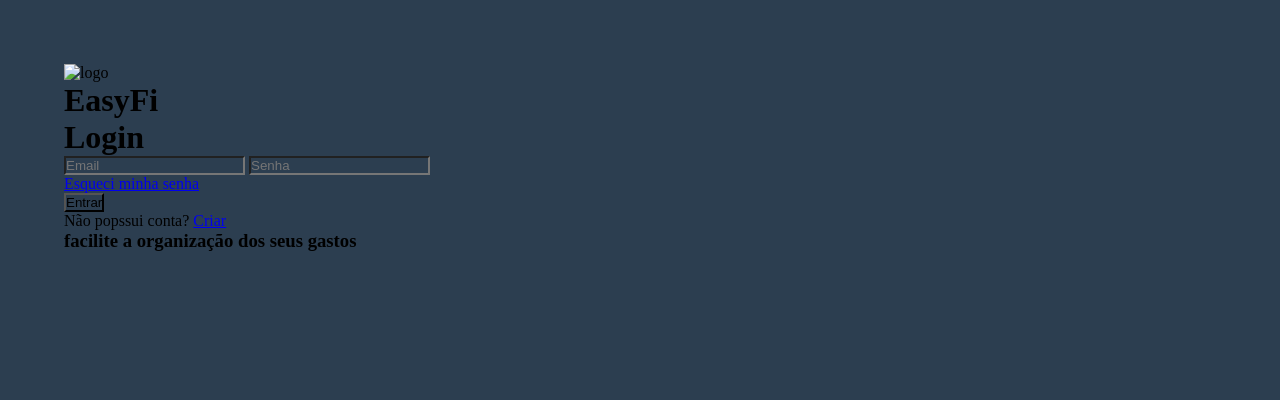
Repository: Ingridiag/projeto-engenharia
Page: login.html
An editor plug-in stored every save of this project. The page is shown before and after the next save, followed by the edit.
The browser window is 1280 px wide. The pictures show the whole page.

Above is the page before, as saved 2024-10-28 15:06:44.

### login.html
<!DOCTYPE html>
<html lang="pt">

<head>
    <meta charset="UTF-8">
    <meta name="viewport" content="width=device-width, initial-scale=1.0">
    <link rel="stylesheet" href="style.css">
    <title>Login</title>
</head>

<body>
    <div class="container">

        <!-- Tela Login -->
        <div class="login">
            <div class="primeira-coluna">
                <div>
                    <img src="#" alt="logo">
                    <h1>EasyFi</h1>
                </div>
                <div>
                    <h1 class="title">Login</h1>
                    <form>
                        <input type="email" placeholder="Email">
                        <input type="password" placeholder="Senha">
                    </form>
                    <div>
                        <a href="#" class="link">Esqueci minha senha</a>

                    </div>
                    <div class="btn-default">
                        <button>
                            Entrar
                        </button>
                    </div>
                    <div>
                        <p>Não popssui conta?
                            <span>
                                <a href="#" class="link">Criar</a>
                            </span>
                        </p>
                    </div>
                </div>
                <div class="segunda-coluna">
                    <h3 class="mensagem">
                        facilite a organização dos seus gastos
                    </h3>
                </div>
            </div>
        </div>



        <div class="cadastro">
            <!-- Tela Cadastro -->
            <div class="primeira-coluna">
                <h3 class="mensagem">
                    facilite a organização dos seus gastos
                </h3>
            </div>

            <div class="segunda-coluna">
                <div>
                    <img src="#" alt="logo">
                    <h1>EasyFi</h1>
                </div>
                <div>
                    <h1 class="title">Criar Conta</h1>
                    <form>
                        <input type="text" placeholder="Nome">
                        <input type="email" placeholder="Email">
                        <input type="password" placeholder="Senha">
                        <input type="password" placeholder=" Confirmar senha">
                    </form>
                    <div>
                        <a href="#" class="link">Esqueci minha senha</a>

                    </div>
                    <div class="btn-default">
                        <button>
                            Entrar
                        </button>
                    </div>
                    <div>
                        <p>Já possui conta?
                            <span>
                                <a href="#" class="link">Login</a>
                            </span>
                        </p>
                    </div>
                </div>
            </div>
        </div>


    </div>

</body>

</html>

### style.css
* {
    margin: 0;
    padding: 0;
    box-sizing: border-box;
    background: #2C3E50;
}
.container{
    display: flex;
}

.login{
    width: 100%;
    height: 100%;
    margin: 5% ;
    display: flex;
    align-items: center;
}

.cadastro{
    display: none;
    flex-direction: column;
    position: relative;
}

After the next save:
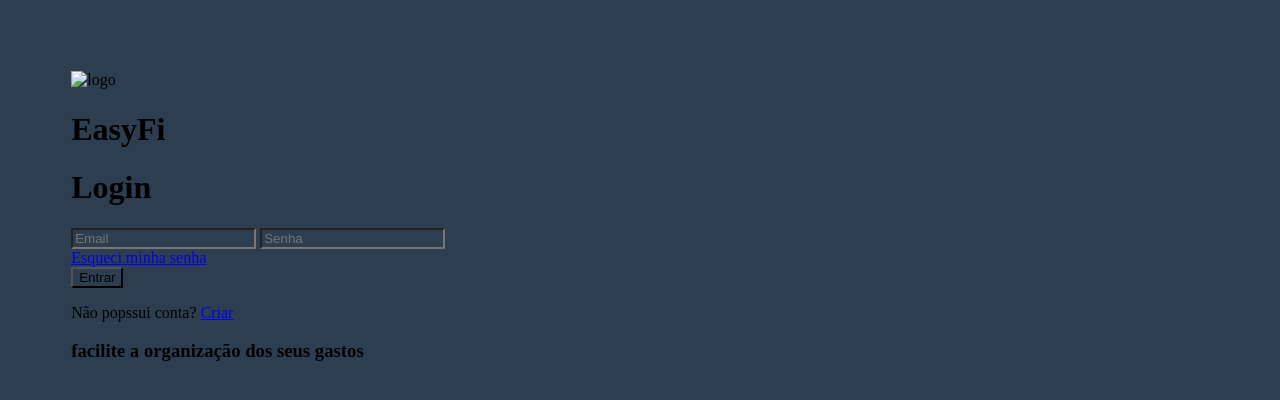
Saved 7 s later.
--- a/style.css
+++ b/style.css
@@ -1,7 +1,4 @@
 * {
-    margin: 0;
-    padding: 0;
-    box-sizing: border-box;
     background: #2C3E50;
 }
 .container{
